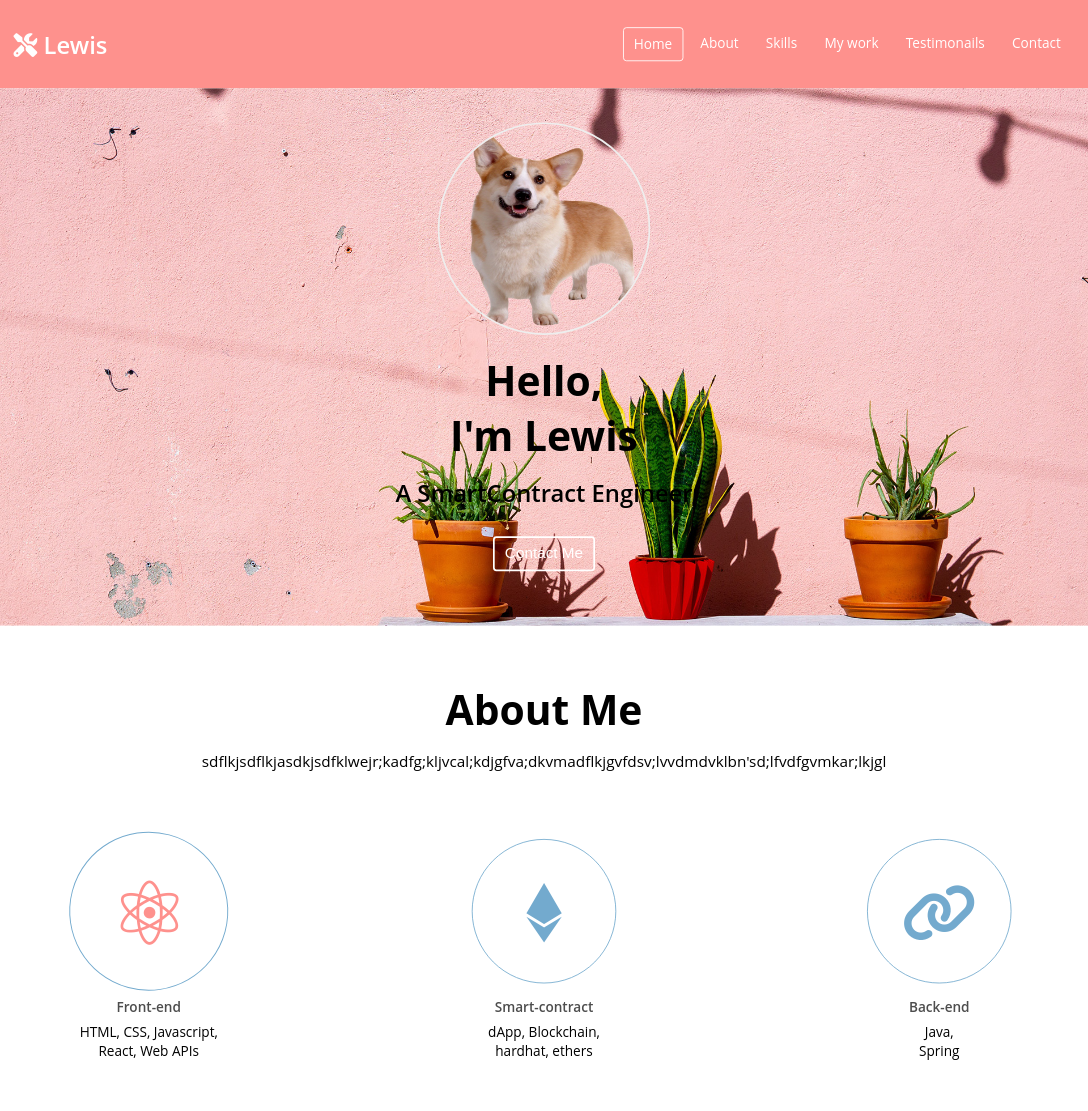
Repository: woojinShim/woojinShim.github.io
Page: index.html
These files come from the project's save history. The page is drawn as it stood at one moment and after the next save; the edit follows.
The browser window is 1280 px wide. The pictures show the part of the page from y = 0 to 1307 px (the page is 7302 px tall), at 85% of full size.
The pointer rests on the first visible `.major__icon`.
A picture or video elsewhere on the page could not be fetched, so the positions and the page height are approximate. Some web libraries are served in a nearby version.

Above is the page before, as saved 2022-03-08 19:15:23.

After the next save:
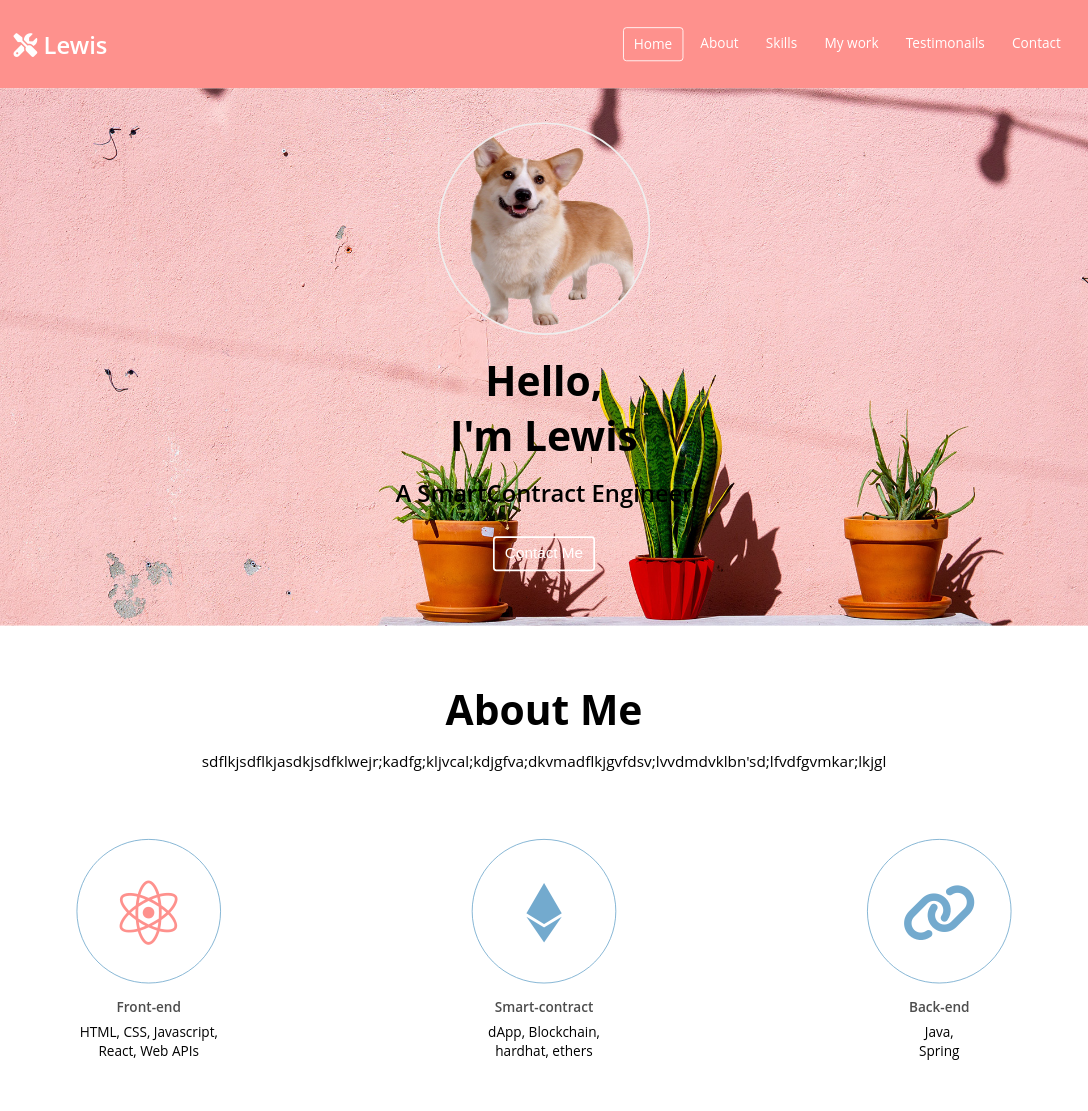
Saved 61 s later.
--- a/style.css
+++ b/style.css
@@ -180,7 +180,7 @@
   margin-bottom: 16px;
 }
 
-.major__icon:hover {
+.major__icon:hover i {
   color: var(--color-pink);
   transform: rotate(-30deg) scale(1.1);
 }
